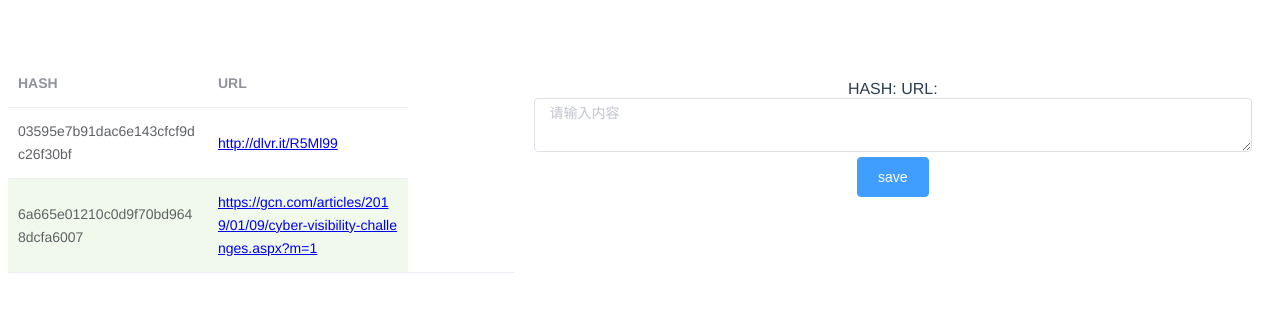
Repository: NicoleGX/TI
Page: /
An editor plug-in stored every save of this project. The page is shown before and after the next save, followed by the edit.
The browser window is 1280 px wide. The pictures show the whole page.
The project was rebuilt for these pictures with package versions that can differ from the ones it lists, and the page was loaded fresh each time.

Above is the page before, as saved 2019-05-28 19:59:13.

### index.html
<!DOCTYPE html>
<html>
  <head>
    <meta charset="utf-8">
    <meta name="viewport" content="width=device-width,initial-scale=1.0">
    <title>cyberti</title>
  </head>
  <body>
    <div id="app"></div>
    <!-- built files will be auto injected -->
  </body>
</html>

### src/main.js
// The Vue build version to load with the `import` command
// (runtime-only or standalone) has been set in webpack.base.conf with an alias.
import Vue from 'vue'
import App from './App'
import router from './router'

import ElementUI from 'element-ui'
import 'element-ui/lib/theme-chalk/index.css';

Vue.use(ElementUI)

Vue.config.productionTip = false

/* eslint-disable no-new */
new Vue({
  el: '#app',
  router,
  components: { App },
  template: '<App/>'
})

### src/router/index.js
import Vue from 'vue'
import Router from 'vue-router'
import TextClassification from '@/views/TextClassification'

Vue.use(Router)

export default new Router({
  routes: [
    {
      path: '/',
      name: 'TextClassification',
      component: TextClassification
    }
  ]
})

### src/views/TextClassification.vue
<template>
  <el-container>
    <el-aside style="width: 40%">
      <el-table
        :data="tableData"
        style="width: 100%"
        :row-class-name="tableRowClassName">
        <el-table-column
          prop="hash"
          label="HASH"
          width="200">
        </el-table-column>
        <el-table-column
          prop="url"
          label="URL"
          width="200">
          <template slot-scope="scope">
            <a :href=scope.row.url
              target="_black"
              class="buttonText">{{scope.row.url}}</a>
          </template>
        </el-table-column>
      </el-table>
    </el-aside>
    <el-main style="width: 60%">
      HASH:
      URL:
      <el-input
        type="textarea"
        :autosize="{ minRows: 2, maxRows: 4}"
        placeholder="请输入内容"
        v-model="textarea2">
      </el-input>
      <el-button type="primary" style="margin: 5px 0;">save</el-button>
    </el-main>
  </el-container>
</template>

<script>
export default {
  name: 'textclassfication',
  methods: {
    tableRowClassName({row, rowIndex}) {
      if (row['edit'] == 0) {
        return 'warning-row';
      } else if (row['edit'] == 1) {
        return 'success-row';
      }
      return '';
    }
  },
  data() {
    return {
      tableData: [{
        hash: '03595e7b91dac6e143cfcf9dc26f30bf',
        url: 'http://dlvr.it/R5Ml99',
        edit: 0
      }, {
        hash: '6a665e01210c0d9f70bd9648dcfa6007',
        url: 'https://gcn.com/articles/2019/01/09/cyber-visibility-challenges.aspx?m=1',
        edit: 1
      }],
      textarea2: ''
    }
  }
}
</script>

<style>
.el-table {
  width: 100%!important;
}
.el-table .warning-row {
  background: #fff;
}

.el-table .success-row {
  background: #f0f9eb;
}
</style>

Loaded but not shown: src/App.vue (common file)

After the next save:
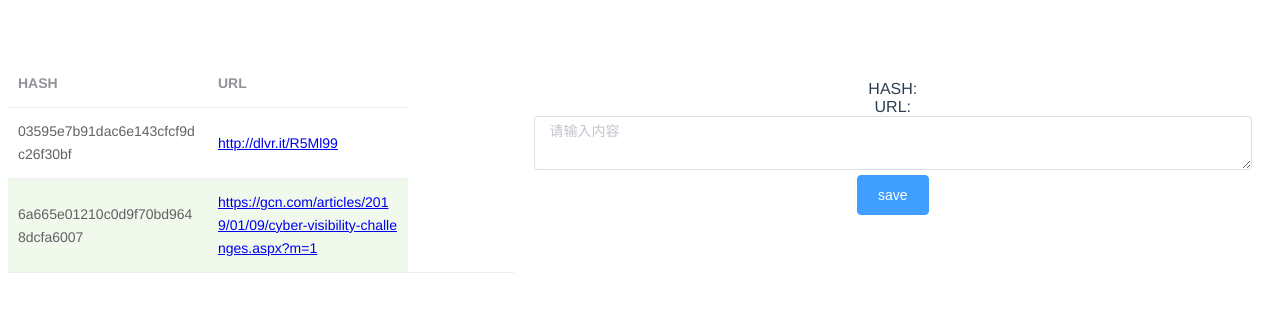
Saved 2 min 14 s later.
--- a/src/views/TextClassification.vue
+++ b/src/views/TextClassification.vue
@@ -23,8 +23,12 @@
       </el-table>
     </el-aside>
     <el-main style="width: 60%">
-      HASH:
-      URL:
+      <div>
+        <span style="font-size: 16px;">HASH: </span>
+      </div>
+      <div>
+        <span style="font-size: 16px;">URL: </span>
+      </div>
       <el-input
         type="textarea"
         :autosize="{ minRows: 2, maxRows: 4}"
